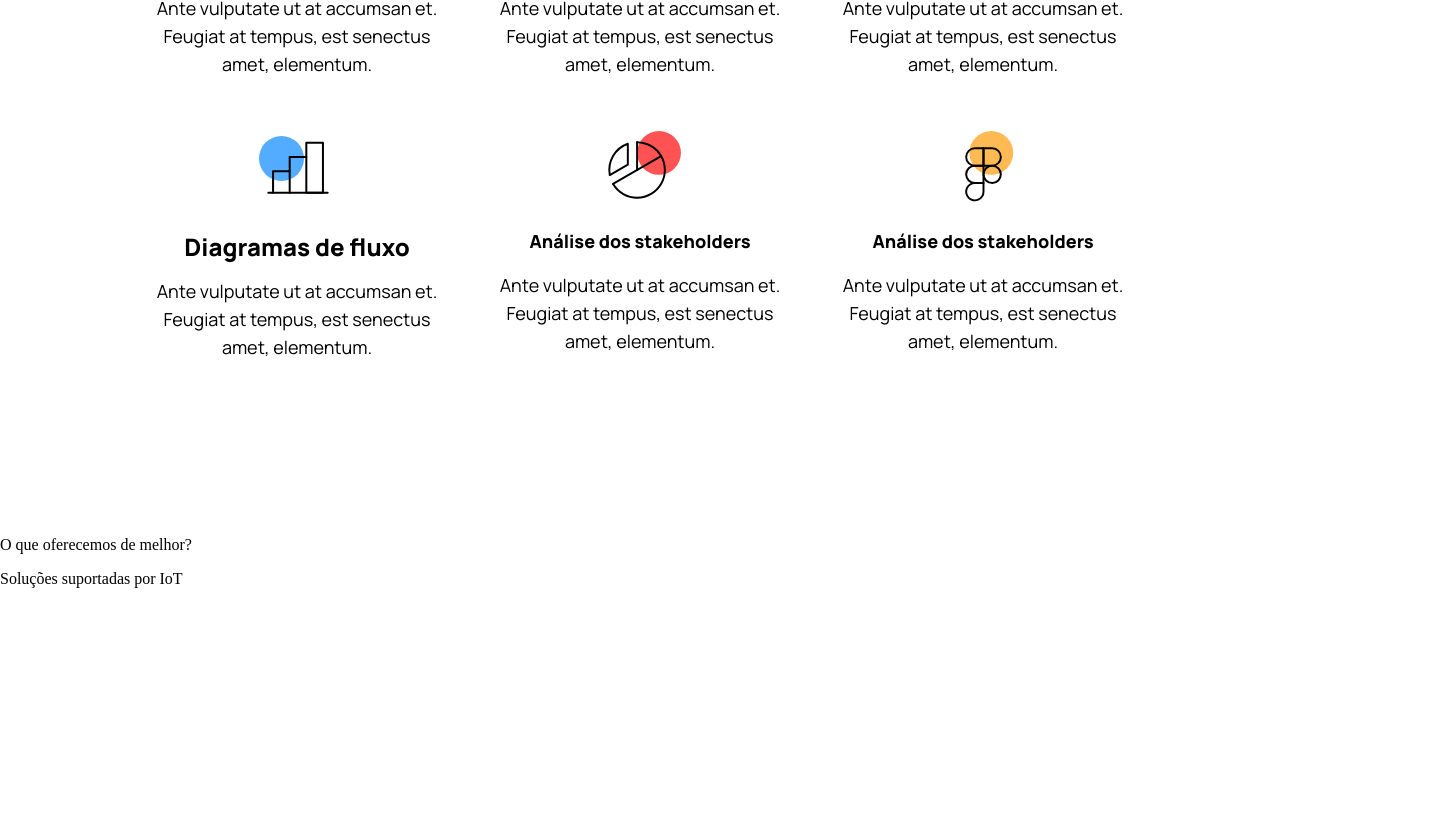
Repository: kleber-goncalves/Landing-Page-Gestao-de-projetos-dnc
Page: index.html
An editor plug-in stored every save of this project. The page is shown before and after the next save, followed by the edit.
The browser window is 1280 px wide. The page is 1440 px wide, so the pictures cover 1440 px, including what lies to the right of the window. The pictures show the part of the page from y = 1382 to 2222 px (the page is 2222 px tall).

Above is the page before, as saved 2025-01-05 01:37:43.

After the next save:
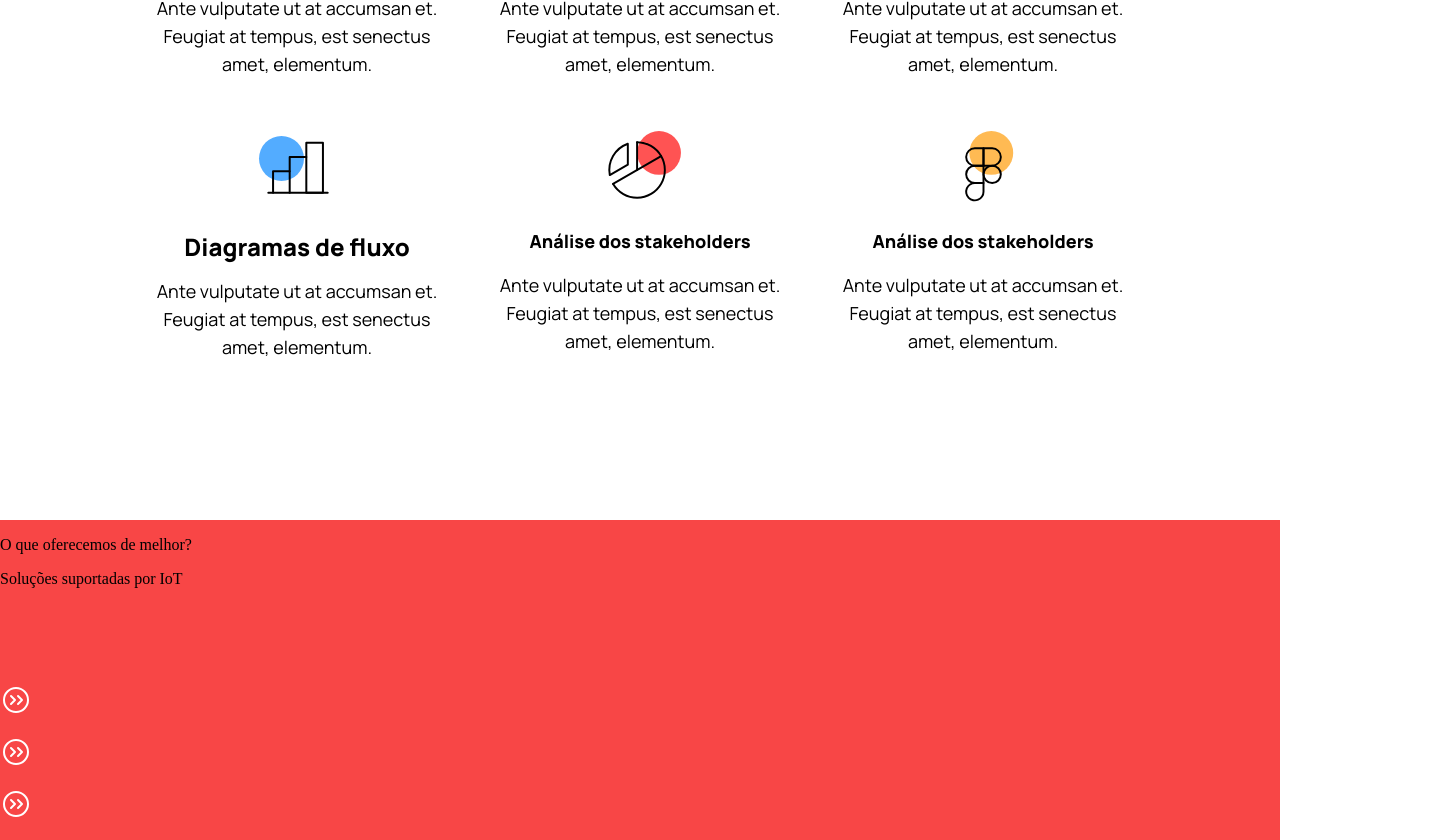
Saved 16 s later.
--- a/style.css
+++ b/style.css
@@ -139,7 +139,7 @@ body {
 
 
 #meio-2 {
-    background-color: ;
+    background-color: #F84646;
     display: flex;
     flex-direction: column;
     gap: 64px;
